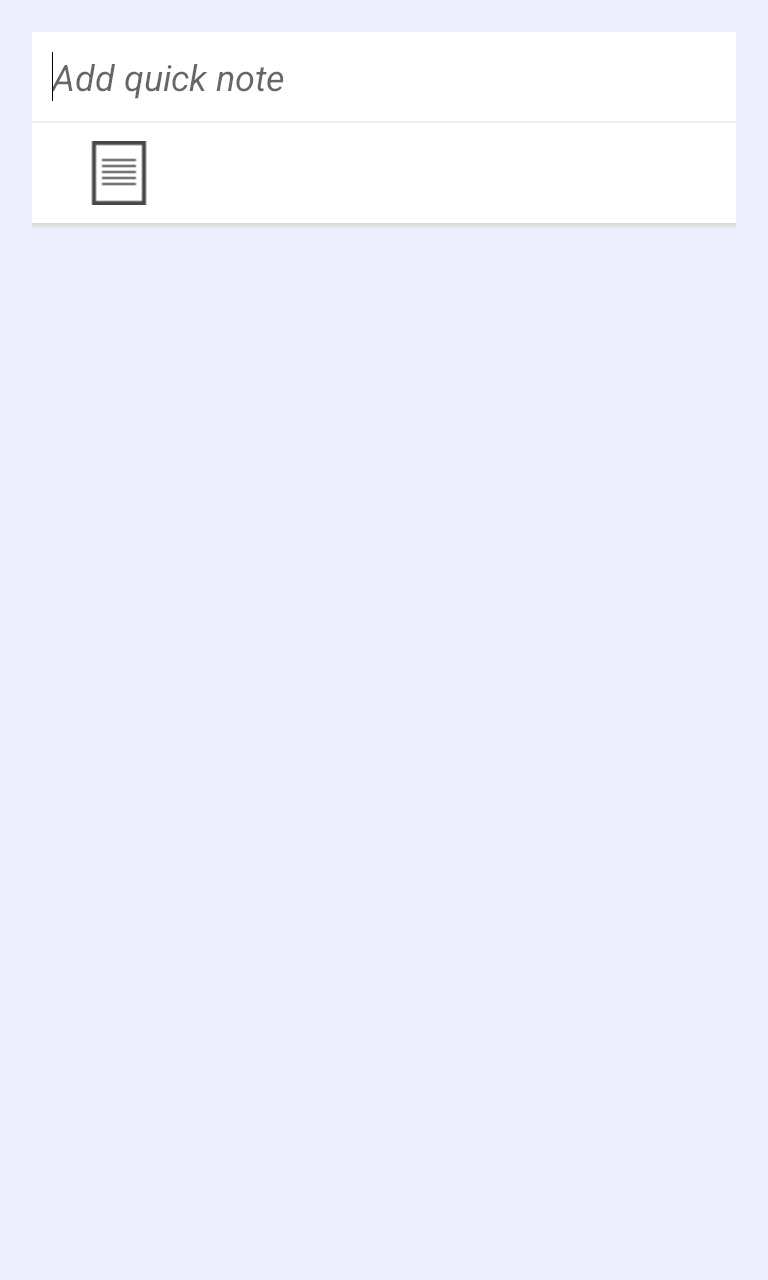
Repository: ishwormali/practices
Layout: Android/GoogleKeep/GoogleKeep/res/layout/fragment_main.xml
An editor plug-in stored every save of this project. The layout is shown before and after the next save, followed by the edit.
It is drawn on a 768 x 1280 px phone screen (xhdpi) without system bars, with theme Theme.Orangeboom; the app's code is not run.

Above is the layout before, as saved 2014-04-01 07:32:43.

### Android/GoogleKeep/GoogleKeep/res/layout/fragment_main.xml
<RelativeLayout xmlns:android="http://schemas.android.com/apk/res/android"
    xmlns:tools="http://schemas.android.com/tools"
    android:layout_width="match_parent"
    android:layout_height="match_parent"
    android:paddingBottom="@dimen/activity_vertical_margin"
    android:paddingLeft="@dimen/activity_horizontal_margin"
    android:paddingRight="@dimen/activity_horizontal_margin"
    android:paddingTop="@dimen/activity_vertical_margin"
    tools:context="com.practices.googlekeep.MainActivity$PlaceholderFragment"
    android:background="@color/main_background"
      >

    <LinearLayout
        android:layout_width="match_parent"
        android:layout_height="wrap_content"
        android:layout_alignParentTop="true"
        android:layout_centerHorizontal="true"
        android:background="@drawable/area_container"
        android:orientation="vertical" >

        <EditText
            android:id="@+id/text_quicknote"
            android:layout_width="match_parent"
            android:layout_height="wrap_content"
            android:ems="10"  android:hint="@string/add_quick_note"
            android:background="@drawable/edit_box"
            android:textColor="@android:color/black"
android:textCursorDrawable="@null" android:padding="10dp"
             >

            <requestFocus />
        </EditText>
        <View
android:layout_width="fill_parent"
android:layout_height="1dip"
android:background="@color/main_background" />


        <LinearLayout android:layout_width="fill_parent"
            android:layout_height="50dp"
             >
            <ImageButton android:layout_width="wrap_content"
                android:layout_height="wrap_content"
                android:src="@drawable/ico_linedpaper32"
                style="?android:attr/borderlessButtonStyle"
                />
        </LinearLayout>

         <View
    android:id="@+id/divider"
    android:background="@drawable/drop_shadow"
    android:layout_width="match_parent"
    android:layout_height="3sp"
     />
    </LinearLayout>

</RelativeLayout>

### Android/GoogleKeep/GoogleKeep/res/values-v14/themes.xml
<?xml version="1.0" encoding="utf-8"?>
<!-- File created by the Android Action Bar Style Generator

     Copyright (C) 2011 The Android Open Source Project
     Copyright (C) 2012 readyState Software Ltd

     Licensed under the Apache License, Version 2.0 (the "License");
     you may not use this file except in compliance with the License.
     You may obtain a copy of the License at

          http://www.apache.org/licenses/LICENSE-2.0

     Unless required by applicable law or agreed to in writing, software
     distributed under the License is distributed on an "AS IS" BASIS,
     WITHOUT WARRANTIES OR CONDITIONS OF ANY KIND, either express or implied.
     See the License for the specific language governing permissions and
     limitations under the License.
-->

<resources xmlns:android="http://schemas.android.com/apk/res/android">

    <style name="Theme.Orangeboom" parent="@style/Theme.AppCompat.Light">
        <item name="android:actionBarItemBackground">@drawable/selectable_background_orangeboom</item>
        <item name="android:popupMenuStyle">@style/PopupMenu.Orangeboom</item>
        <item name="android:dropDownListViewStyle">@style/DropDownListView.Orangeboom</item>
        <item name="android:actionBarTabStyle">@style/ActionBarTabStyle.Orangeboom</item>
        <item name="android:actionDropDownStyle">@style/DropDownNav.Orangeboom</item>
        <item name="android:actionBarStyle">@style/ActionBar.Solid.Orangeboom</item>
        <item name="android:actionModeBackground">@drawable/cab_background_top_orangeboom</item>
        <item name="android:actionModeSplitBackground">@drawable/cab_background_bottom_orangeboom</item>
        <item name="android:actionModeCloseButtonStyle">@style/ActionButton.CloseMode.Orangeboom</item>
         <item name="actionMenuTextColor">@android:color/white</item>

    </style>

    <style name="ActionBar.Solid.Orangeboom" parent="@style/Widget.AppCompat.Light.ActionBar.Solid">
        <item name="android:background">@drawable/ab_solid_orangeboom</item>
        <item name="android:backgroundStacked">@drawable/ab_stacked_solid_orangeboom</item>
        <item name="android:backgroundSplit">@drawable/ab_bottom_solid_orangeboom</item>
        <item name="android:progressBarStyle">@style/ProgressBar.Orangeboom</item>
       <item name="android:titleTextStyle">@style/ActionBar.TextStyle.Orangeboom</item>
<!--        <item name="android:logo">@drawable/text_x_todo</item> -->
    </style>

    <style name="ActionBar.TextStyle.Orangeboom"
           parent="@style/TextAppearance.AppCompat.Widget.ActionBar.Title">
        <item name="android:textColor">@android:color/white</item>
    </style>

    <style name="ActionBar.Transparent.Orangeboom" parent="@style/Widget.AppCompat.Light.ActionBar">
        <item name="android:background">@drawable/ab_transparent_orangeboom</item>
        <item name="android:progressBarStyle">@style/ProgressBar.Orangeboom</item>
    </style>

    <!-- this style is only referenced in a Light.DarkActionBar based theme -->
    <style name="Theme.Orangeboom.Widget" parent="@style/Theme.AppCompat">
        <item name="android:popupMenuStyle">@style/PopupMenu.Orangeboom</item>
        <item name="android:dropDownListViewStyle">@style/DropDownListView.Orangeboom</item>
    </style>

</resources>

### Android/GoogleKeep/GoogleKeep/res/values/themes.xml
<?xml version="1.0" encoding="utf-8"?>
<!-- File created by the Android Action Bar Style Generator

     Copyright (C) 2011 The Android Open Source Project
     Copyright (C) 2012 readyState Software Ltd

     Licensed under the Apache License, Version 2.0 (the "License");
     you may not use this file except in compliance with the License.
     You may obtain a copy of the License at

          http://www.apache.org/licenses/LICENSE-2.0

     Unless required by applicable law or agreed to in writing, software
     distributed under the License is distributed on an "AS IS" BASIS,
     WITHOUT WARRANTIES OR CONDITIONS OF ANY KIND, either express or implied.
     See the License for the specific language governing permissions and
     limitations under the License.
-->

<resources xmlns:android="http://schemas.android.com/apk/res/android">

    <style name="Theme.Orangeboom" parent="@style/Theme.AppCompat.Light">
        <item name="actionBarItemBackground">@drawable/selectable_background_orangeboom</item>
        <item name="popupMenuStyle">@style/PopupMenu.Orangeboom</item>
        <item name="dropDownListViewStyle">@style/DropDownListView.Orangeboom</item>
        <item name="actionBarTabStyle">@style/ActionBarTabStyle.Orangeboom</item>
        <item name="actionDropDownStyle">@style/DropDownNav.Orangeboom</item>
        <item name="actionBarStyle">@style/ActionBar.Solid.Orangeboom</item>
        <item name="actionModeBackground">@drawable/cab_background_top_orangeboom</item>
        <item name="actionModeSplitBackground">@drawable/cab_background_bottom_orangeboom</item>
        <item name="actionModeCloseButtonStyle">@style/ActionButton.CloseMode.Orangeboom</item>
 <item name="actionMenuTextColor">@android:color/white</item>


    </style>

    <style name="ActionBar.Solid.Orangeboom" parent="@style/Widget.AppCompat.Light.ActionBar.Solid">
        <item name="background">@drawable/ab_solid_orangeboom</item>
        <item name="backgroundStacked">@drawable/ab_stacked_solid_orangeboom</item>
        <item name="backgroundSplit">@drawable/ab_bottom_solid_orangeboom</item>
        <item name="progressBarStyle">@style/ProgressBar.Orangeboom</item>
         <item name="titleTextStyle">@style/ActionBar.TextStyle.Orangeboom</item>
<!--          <item name="logo">@drawable/text_x_todo</item> -->
    </style>

     <style name="ActionBar.TextStyle.Orangeboom"
           parent="@style/TextAppearance.AppCompat.Widget.ActionBar.Title">
        <item name="android:textColor">@android:color/white</item>
    </style>

    <style name="ActionBar.Transparent.Orangeboom" parent="@style/Widget.AppCompat.Light.ActionBar">
        <item name="background">@drawable/ab_transparent_orangeboom</item>
        <item name="progressBarStyle">@style/ProgressBar.Orangeboom</item>
    </style>

    <style name="PopupMenu.Orangeboom" parent="@style/Widget.AppCompat.Light.PopupMenu">
        <item name="android:popupBackground">@drawable/menu_dropdown_panel_orangeboom</item>
    </style>

    <style name="DropDownListView.Orangeboom" parent="@style/Widget.AppCompat.Light.ListView.DropDown">
        <item name="android:listSelector">@drawable/selectable_background_orangeboom</item>
    </style>

    <style name="ActionBarTabStyle.Orangeboom" parent="@style/Widget.AppCompat.Light.ActionBar.TabView">
        <item name="android:background">@drawable/tab_indicator_ab_orangeboom</item>
        <item name="android:textColor">@android:color/white</item>
    </style>

    <style name="DropDownNav.Orangeboom" parent="@style/Widget.AppCompat.Light.Spinner.DropDown.ActionBar">
        <item name="android:background">@drawable/spinner_background_ab_orangeboom</item>
        <item name="android:popupBackground">@drawable/menu_dropdown_panel_orangeboom</item>
        <item name="android:dropDownSelector">@drawable/selectable_background_orangeboom</item>
    </style>

    <style name="ProgressBar.Orangeboom" parent="@style/Widget.AppCompat.ProgressBar.Horizontal">
        <item name="android:progressDrawable">@drawable/progress_horizontal_orangeboom</item>
    </style>

    <style name="ActionButton.CloseMode.Orangeboom" parent="@style/Widget.AppCompat.Light.ActionButton.CloseMode">
        <item name="android:background">@drawable/btn_cab_done_orangeboom</item>
    </style>

    <!-- this style is only referenced in a Light.DarkActionBar based theme -->
    <style name="Theme.Orangeboom.Widget" parent="@style/Theme.AppCompat">
        <item name="popupMenuStyle">@style/PopupMenu.Orangeboom</item>
        <item name="dropDownListViewStyle">@style/DropDownListView.Orangeboom</item>
    </style>

</resources>

### Android/GoogleKeep/GoogleKeep/res/drawable/selectable_background_orangeboom.xml
<?xml version="1.0" encoding="utf-8"?>
<!-- File created by the Android Action Bar Style Generator

     Copyright (C) 2011 The Android Open Source Project
     Copyright (C) 2012 readyState Software Ltd

     Licensed under the Apache License, Version 2.0 (the "License");
     you may not use this file except in compliance with the License.
     You may obtain a copy of the License at

          http://www.apache.org/licenses/LICENSE-2.0

     Unless required by applicable law or agreed to in writing, software
     distributed under the License is distributed on an "AS IS" BASIS,
     WITHOUT WARRANTIES OR CONDITIONS OF ANY KIND, either express or implied.
     See the License for the specific language governing permissions and
     limitations under the License.
-->

<selector xmlns:android="http://schemas.android.com/apk/res/android"
        android:exitFadeDuration="@android:integer/config_mediumAnimTime" >
    <item android:state_pressed="false" android:state_focused="true" android:drawable="@drawable/list_focused_orangeboom" />
    <item android:state_pressed="true" android:drawable="@drawable/list_pressed_orangeboom" />
    <item android:drawable="@android:color/transparent" />
</selector>

### Android/GoogleKeep/GoogleKeep/res/drawable/btn_cab_done_orangeboom.xml
<?xml version="1.0" encoding="utf-8"?>
<!-- File created by the Android Action Bar Style Generator

     Copyright (C) 2011 The Android Open Source Project
     Copyright (C) 2012 readyState Software Ltd

     Licensed under the Apache License, Version 2.0 (the "License");
     you may not use this file except in compliance with the License.
     You may obtain a copy of the License at

          http://www.apache.org/licenses/LICENSE-2.0

     Unless required by applicable law or agreed to in writing, software
     distributed under the License is distributed on an "AS IS" BASIS,
     WITHOUT WARRANTIES OR CONDITIONS OF ANY KIND, either express or implied.
     See the License for the specific language governing permissions and
     limitations under the License.
-->

<selector xmlns:android="http://schemas.android.com/apk/res/android">
    <item android:state_pressed="true"
        android:drawable="@drawable/btn_cab_done_pressed_orangeboom" />
    <item android:state_focused="true" android:state_enabled="true"
        android:drawable="@drawable/btn_cab_done_focused_orangeboom" />
    <item android:state_enabled="true"
        android:drawable="@drawable/btn_cab_done_default_orangeboom" />
</selector>

### Android/GoogleKeep/GoogleKeep/res/drawable/progress_horizontal_orangeboom.xml
<?xml version="1.0" encoding="utf-8"?>
<!-- File created by the Android Action Bar Style Generator

     Copyright (C) 2011 The Android Open Source Project
     Copyright (C) 2012 readyState Software Ltd

     Licensed under the Apache License, Version 2.0 (the "License");
     you may not use this file except in compliance with the License.
     You may obtain a copy of the License at

          http://www.apache.org/licenses/LICENSE-2.0

     Unless required by applicable law or agreed to in writing, software
     distributed under the License is distributed on an "AS IS" BASIS,
     WITHOUT WARRANTIES OR CONDITIONS OF ANY KIND, either express or implied.
     See the License for the specific language governing permissions and
     limitations under the License.
-->

<layer-list xmlns:android="http://schemas.android.com/apk/res/android">

    <item android:id="@android:id/background"
          android:drawable="@drawable/progress_bg_orangeboom" />

    <item android:id="@android:id/secondaryProgress">
        <scale android:scaleWidth="100%"
               android:drawable="@drawable/progress_secondary_orangeboom" />
    </item>

    <item android:id="@android:id/progress">
        <scale android:scaleWidth="100%"
               android:drawable="@drawable/progress_primary_orangeboom" />
    </item>

</layer-list>

### Android/GoogleKeep/GoogleKeep/res/drawable/spinner_background_ab_orangeboom.xml
<?xml version="1.0" encoding="utf-8"?>
<!-- File created by the Android Action Bar Style Generator

     Copyright (C) 2011 The Android Open Source Project
     Copyright (C) 2012 readyState Software Ltd

     Licensed under the Apache License, Version 2.0 (the "License");
     you may not use this file except in compliance with the License.
     You may obtain a copy of the License at

          http://www.apache.org/licenses/LICENSE-2.0

     Unless required by applicable law or agreed to in writing, software
     distributed under the License is distributed on an "AS IS" BASIS,
     WITHOUT WARRANTIES OR CONDITIONS OF ANY KIND, either express or implied.
     See the License for the specific language governing permissions and
     limitations under the License.
-->

<selector xmlns:android="http://schemas.android.com/apk/res/android">
    <item android:state_enabled="false"
        android:drawable="@drawable/spinner_ab_disabled_orangeboom" />
    <item android:state_pressed="true"
        android:drawable="@drawable/spinner_ab_pressed_orangeboom" />
    <item android:state_pressed="false" android:state_focused="true"
        android:drawable="@drawable/spinner_ab_focused_orangeboom" />
    <item android:drawable="@drawable/spinner_ab_default_orangeboom" />
</selector>

### Android/GoogleKeep/GoogleKeep/res/drawable/tab_indicator_ab_orangeboom.xml
<?xml version="1.0" encoding="utf-8"?>
<!-- File created by the Android Action Bar Style Generator

     Copyright (C) 2011 The Android Open Source Project
     Copyright (C) 2012 readyState Software Ltd

     Licensed under the Apache License, Version 2.0 (the "License");
     you may not use this file except in compliance with the License.
     You may obtain a copy of the License at

          http://www.apache.org/licenses/LICENSE-2.0

     Unless required by applicable law or agreed to in writing, software
     distributed under the License is distributed on an "AS IS" BASIS,
     WITHOUT WARRANTIES OR CONDITIONS OF ANY KIND, either express or implied.
     See the License for the specific language governing permissions and
     limitations under the License.
-->

<selector xmlns:android="http://schemas.android.com/apk/res/android">
    <!-- Non focused states -->
    <item android:state_focused="false" android:state_selected="false" android:state_pressed="false" android:drawable="@android:color/transparent" />
    <item android:state_focused="false" android:state_selected="true"  android:state_pressed="false" android:drawable="@drawable/tab_selected_orangeboom" />

    <!-- Focused states -->
    <item android:state_focused="true" android:state_selected="false" android:state_pressed="false" android:drawable="@drawable/tab_unselected_focused_orangeboom" />
    <item android:state_focused="true" android:state_selected="true"  android:state_pressed="false" android:drawable="@drawable/tab_selected_focused_orangeboom" />

    <!-- Pressed -->
    <!--    Non focused states -->
    <item android:state_focused="false" android:state_selected="false" android:state_pressed="true" android:drawable="@drawable/tab_unselected_pressed_orangeboom" />
    <item android:state_focused="false" android:state_selected="true"  android:state_pressed="true" android:drawable="@drawable/tab_selected_pressed_orangeboom" />

    <!--    Focused states -->
    <item android:state_focused="true" android:state_selected="false" android:state_pressed="true" android:drawable="@drawable/tab_unselected_pressed_orangeboom" />
    <item android:state_focused="true" android:state_selected="true"  android:state_pressed="true" android:drawable="@drawable/tab_selected_pressed_orangeboom" />
</selector>

### Android/GoogleKeep/GoogleKeep/res/values/dimens.xml
<resources>

    <!-- Default screen margins, per the Android Design guidelines. -->
    <dimen name="activity_horizontal_margin">16dp</dimen>
    <dimen name="activity_vertical_margin">16dp</dimen>

</resources>

### Android/GoogleKeep/GoogleKeep/res/values/Color.xml
<?xml version="1.0" encoding="utf-8"?>
<resources>
    <color name="main_background">#EDEFFF</color>
    <color name="area_container_background">#FFFFFF</color>

</resources>

### Android/GoogleKeep/GoogleKeep/res/drawable/area_container.xml
<?xml version="1.0" encoding="utf-8"?>
<shape xmlns:android="http://schemas.android.com/apk/res/android"

    >
    <solid android:color="@color/area_container_background"/>

</shape>

### Android/GoogleKeep/GoogleKeep/res/values/strings.xml
<?xml version="1.0" encoding="utf-8"?>
<resources>

    <string name="app_name">GoogleKeep</string>
    <string name="hello_world">Hello world!</string>
    <string name="action_settings">Settings</string>
	<string name="add_quick_note"><i>Add quick note</i></string>
</resources>

### Android/GoogleKeep/GoogleKeep/res/drawable/edit_box.xml
<?xml version="1.0" encoding="utf-8"?>
<shape xmlns:android="http://schemas.android.com/apk/res/android"
    android:shape="rectangle"
    android:padding="10dp"
     >

<solid android:color="#FFFFFF"/>

</shape>

### Android/GoogleKeep/GoogleKeep/res/drawable/drop_shadow.xml
<?xml version="1.0" encoding="utf-8"?>
<shape xmlns:android="http://schemas.android.com/apk/res/android" android:shape="rectangle">
  <gradient
    android:startColor="@color/main_background"

    android:endColor="#d3d7cf"
    android:angle="90" />
</shape>

Loaded but not shown: Android/GoogleKeep/GoogleKeep/res/values-w820dp/dimens.xml (common file)

After the next save:
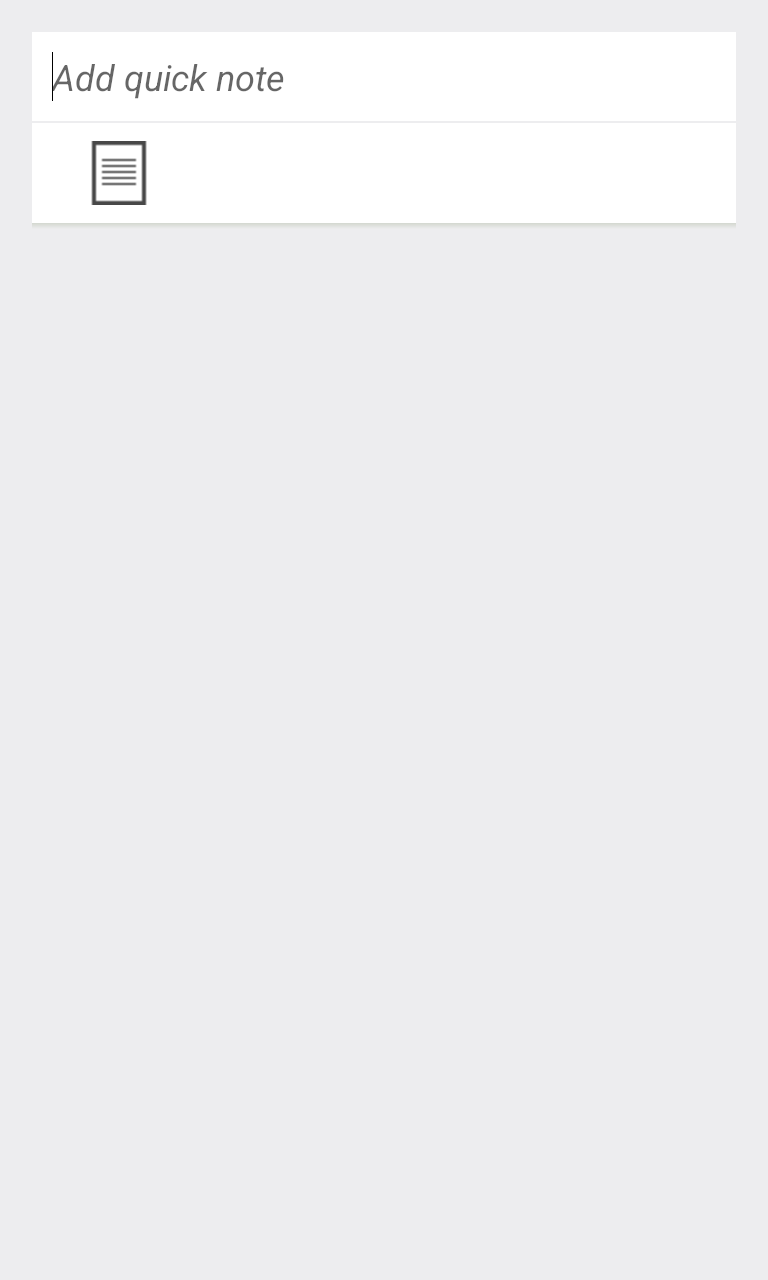
Saved 19 s later.
--- a/Android/GoogleKeep/GoogleKeep/res/values/Color.xml
+++ b/Android/GoogleKeep/GoogleKeep/res/values/Color.xml
@@ -1,6 +1,6 @@
 <?xml version="1.0" encoding="utf-8"?>
 <resources>
-    <color name="main_background">#EDEFFF</color>
+    <color name="main_background">#EDEDEF</color>
     <color name="area_container_background">#FFFFFF</color>
 
 </resources>
